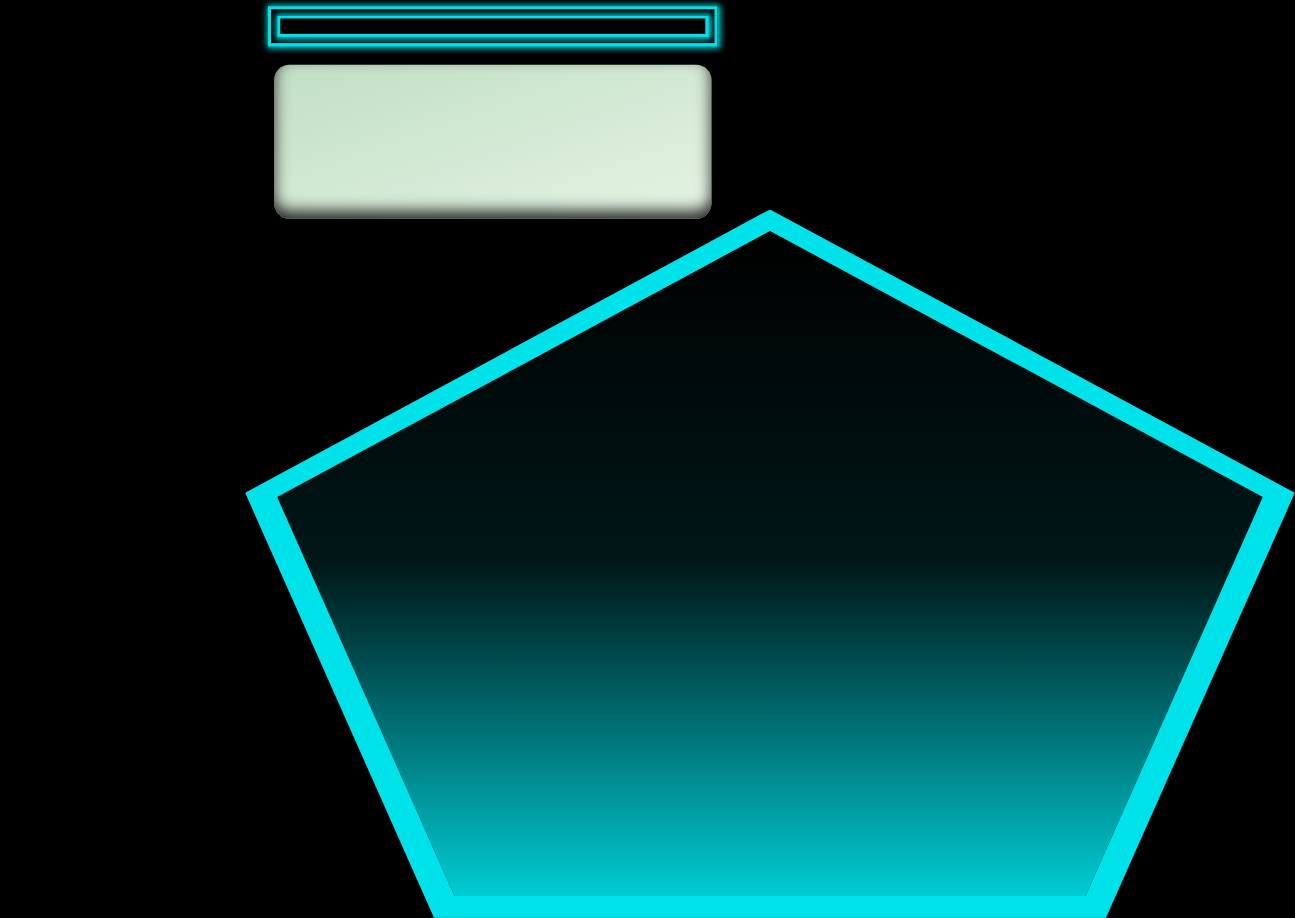
Repository: KhangNguyen3006/WebUI-UX
Page: /
The author's editor kept a copy of each file at every save. The page is drawn from the files as they stood at one save, then again after the next save.
The browser window is 1280 px wide. The page is 1682 px wide, then 1280 px, then 1682 px, so the pictures cover 1682 px, including what lies to the right of the window. The pictures show the whole page, at 77% of full size.
The project was rebuilt for these pictures with package versions that can differ from the ones it lists, and the page was loaded fresh each time. Also part of the build but not shown: src/App.css.

Above is the page before, as saved 2023-05-04 02:34:07.

### src/index.js
import React from 'react';
import ReactDOM from 'react-dom';
import './index.css';
import App from './App';
import reportWebVitals from './reportWebVitals';
import 'bootstrap/dist/css/bootstrap.min.css';
import './assets/css/Custom.css';

const root = ReactDOM.createRoot(document.getElementById('root'));
root.render(
  <React.StrictMode>
    <App />
  </React.StrictMode>
);

// If you want to start measuring performance in your app, pass a function
// to log results (for example: reportWebVitals(console.log))
// or send to an analytics endpoint. Learn more: https://bit.ly/CRA-vitals
reportWebVitals();

### src/App.js

import './App.css';
import HomePage from './pages/HomePage';

function App() {
  return (
    <div>
      <HomePage />
    </div>
  );
}

export default App

### src/assets/css/Custom.css
@import url(Home.css);
@import url(Rectangle.css);
@import url(Rectangle-linear-gradient.css);
@import url(Pentagon.css);

body {
    margin: auto;
    padding: auto;
    background-color: #000;
}

* {
    box-sizing: border-box;
    width: auto;
    margin: auto;
    padding: 0;
}

### src/pages/HomePage.jsx
import React, { Component } from 'react'
import Home from '../components/home/Home'


class HomePage extends Component {
  render() {
    return (
      <div>
        <Home />
      </div>
    )
  }
}

export default HomePage

### src/assets/css/Home.css

.w-1200 {
    width: 1200px;
}

### src/assets/css/Rectangle.css
.rectangle {
    border: 4px solid #00E2EA;
    padding: 7px;
    box-shadow: 2px 1px 8px 3px #00E2EA;
}

.rectangle-mini {
    border: 4px solid #00E2EA;
    padding: 10px;
    box-shadow: 2px 1px 8px 3px #00E2EA;
}

### src/assets/css/Rectangle-linear-gradient.css
/* --------------------------------------------------------------------------- */

.rectangle-linear-gradient {
    height: 200px;
    border-radius: 20px;
    box-shadow: 0px -10px 20px rgba(41, 41, 41, 1) inset;
    background-image: linear-gradient(to bottom right, #C1DFC4, #E5F3E4);
}

### src/assets/css/Pentagon.css
.pentagon-main {
    /* position: relative; */
    display: flex;
    flex-direction: column;
    width: 344px;
    max-height: 290px;
    margin: 0 20px 130px;
}

.pentagon-main::before,
.pentagon-main::after {
    content: '';
}

.pentagon-main::before,
.pentagon-main::after {
    position: absolute;
    min-width: 100%;
    min-height: 120%;
    clip-path: polygon(50% 0%, 100% 40%, 82% 100%, 18% 100%, 0% 40%);
    z-index: 0;
}

.pentagon-main::before {
    background: #00E2EA;
    transform: scale(1.065);
}

.pentagon-main::after {
    background: #000;
    background-image: linear-gradient(to bottom, rgba(255, 0, 0, 0), rgba(0, 226, 234, 0.1), rgba(0, 226, 234, 0.9));
}

### src/components/home/Home.jsx
import React, { Component } from 'react'
import { Col } from 'react-bootstrap'

class Home extends Component {
    render() {
        return (
            <div className='w-1200 d-flex flex-column'>
                <Col sm={6}>
                    <div className="rectangle p-2 m-2">
                        <div className="rectangle-mini">
                        </div>
                    </div>
                </Col>
                <Col sm={6}>
                    <div className="rectangle-linear-gradient p-2 m-3">
                    </div>
                </Col>

                <Col sm={6}>
                    <div className="pentagon-main">
                    </div>
                </Col>

            </div>
        )
    }
}

export default Home

Loaded but not shown: public/index.html (common file); src/index.css (common file); src/reportWebVitals.js (common file)

After the next save:
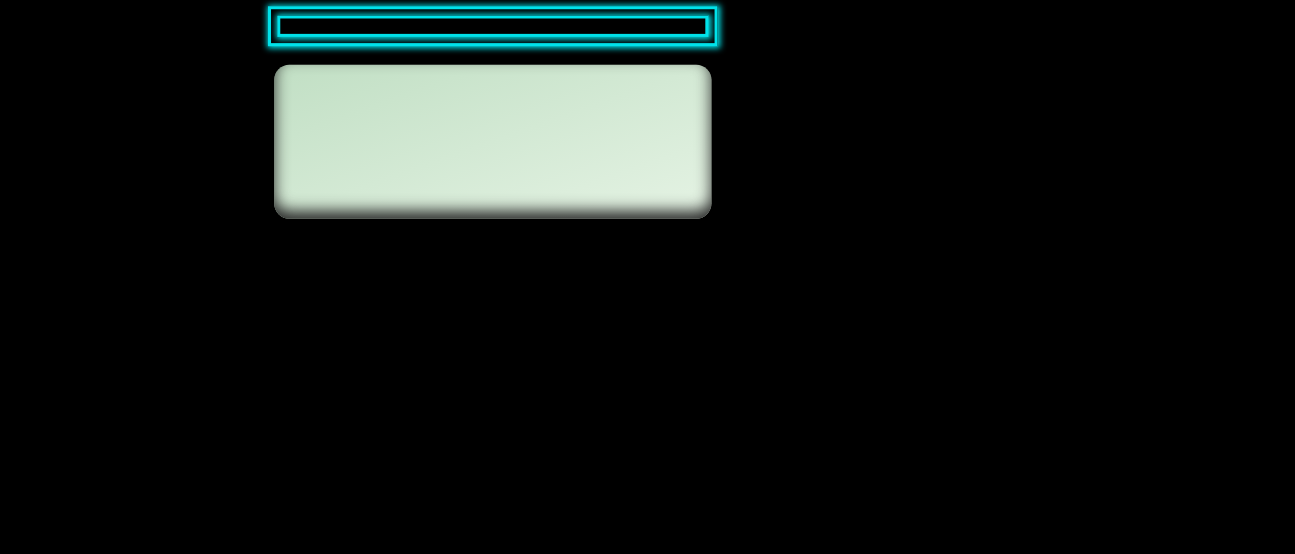
Saved 10 s later.
--- a/src/assets/css/Pentagon.css
+++ b/src/assets/css/Pentagon.css
@@ -1,5 +1,5 @@
 .pentagon-main {
-    /* position: relative; */
+    position: relative;
     display: flex;
     flex-direction: column;
     width: 344px;

After the save that followed:
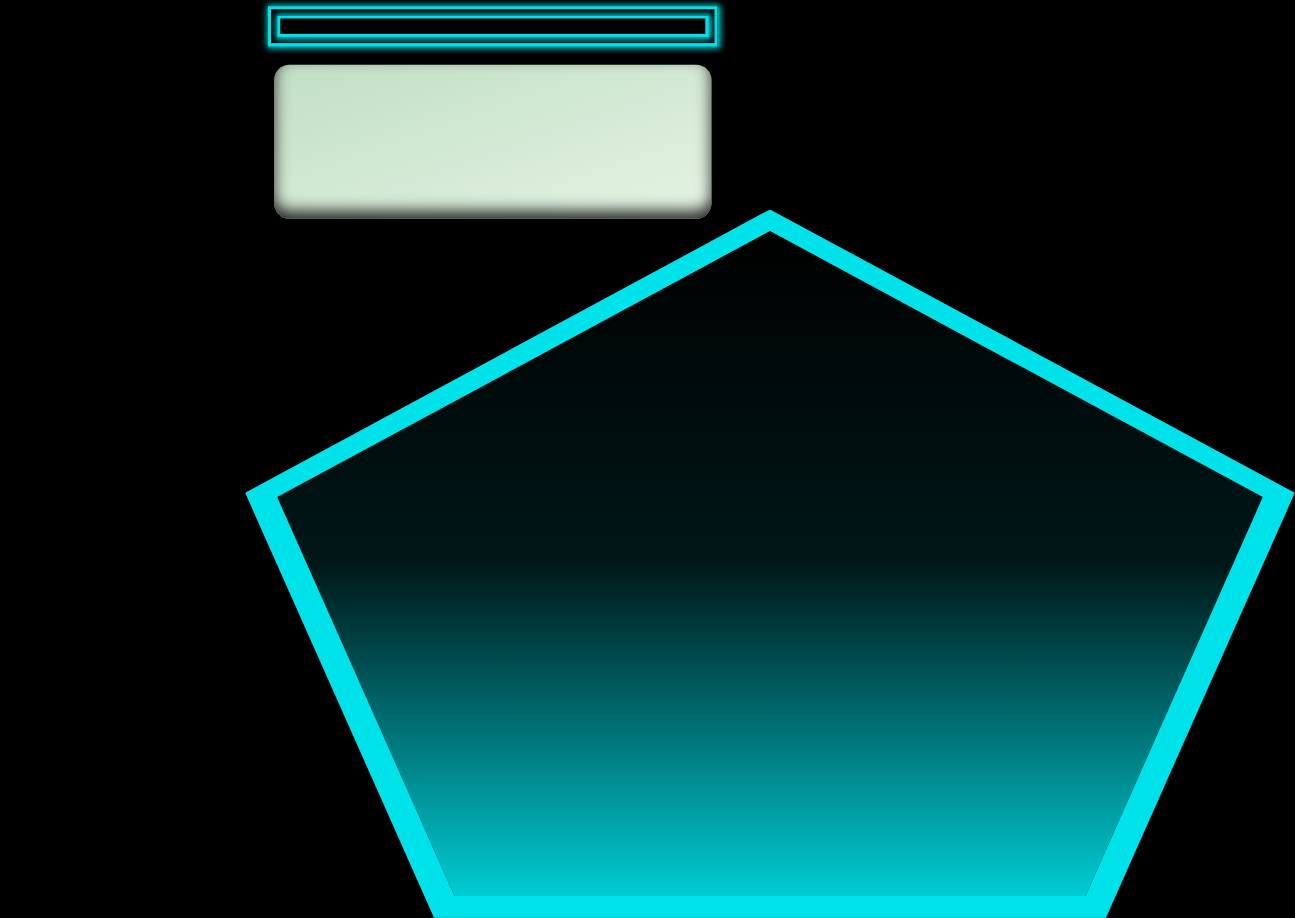
Saved 97 s later.
--- a/src/assets/css/Pentagon.css
+++ b/src/assets/css/Pentagon.css
@@ -1,5 +1,5 @@
 .pentagon-main {
-    position: relative;
+    /* position: relative; */
     display: flex;
     flex-direction: column;
     width: 344px;
